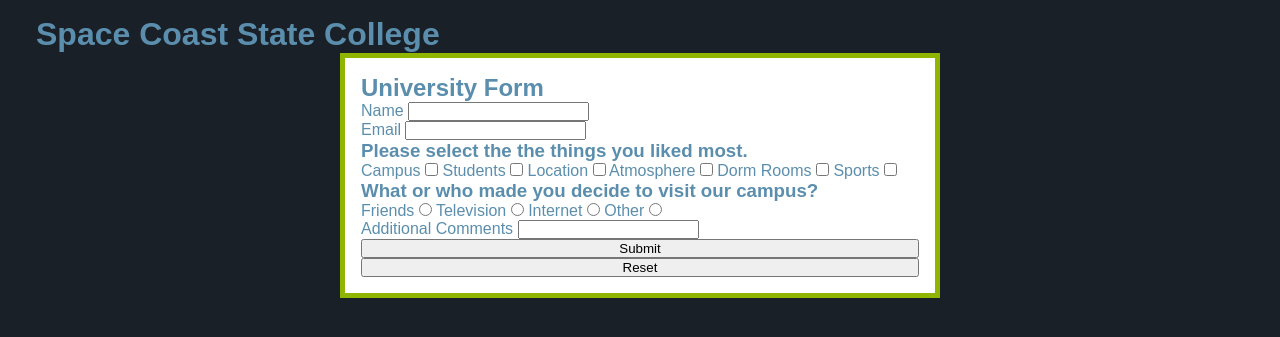
Repository: mlmEFSC21/P2-University-Form
Page: index.html
An editor plug-in stored every save of this project. The page is shown before and after the next save, followed by the edit.
The browser window is 1280 px wide. The pictures show the whole page.
Some web fonts or font styles are not loaded; a fallback is used.

Above is the page before, as saved 2022-01-29 18:06:14.

After the next save:
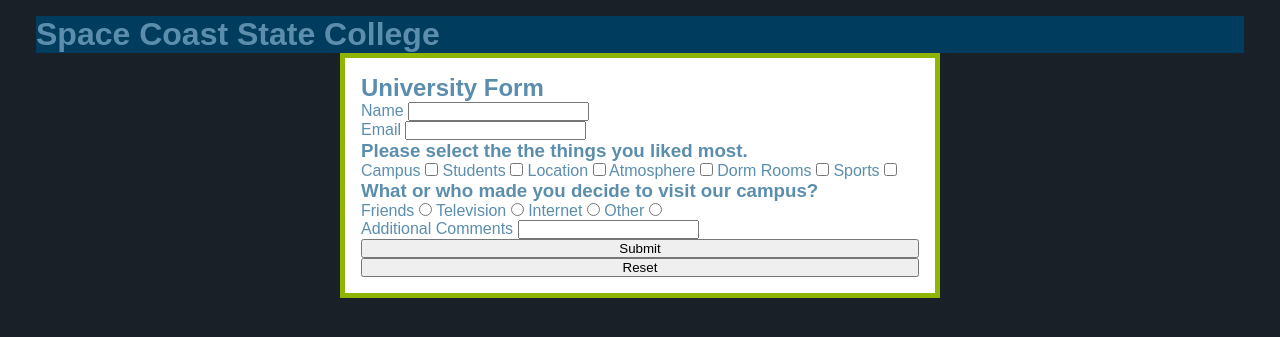
Saved 32 s later.
--- a/uniFormStyles.css
+++ b/uniFormStyles.css
@@ -21,7 +21,7 @@
     color: var(--clr-font-prime);
 }
 header {
-    /*background-color: #003c5e;*/
+    background-color: #003c5e;
     color: var(--clr-font-prime);
 }
 .main {

After the save that followed:
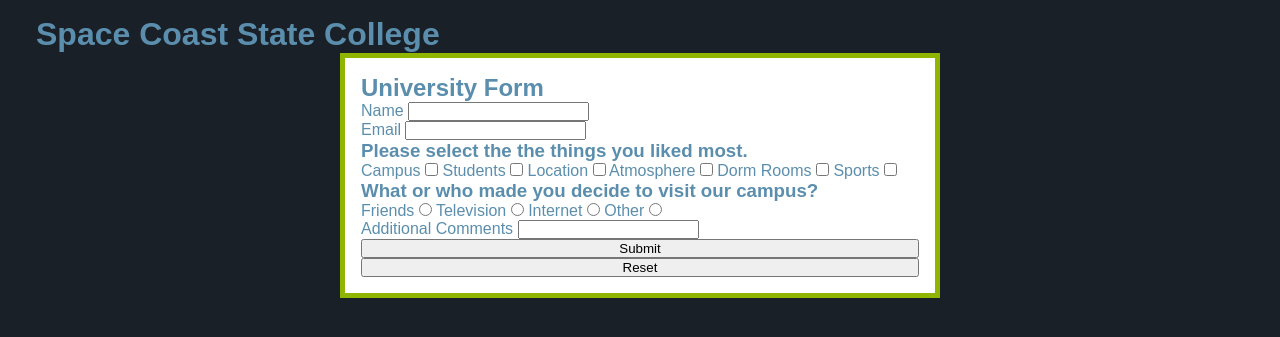
Saved 9 s later.
--- a/uniFormStyles.css
+++ b/uniFormStyles.css
@@ -21,7 +21,6 @@
     color: var(--clr-font-prime);
 }
 header {
-    background-color: #003c5e;
     color: var(--clr-font-prime);
 }
 .main {
